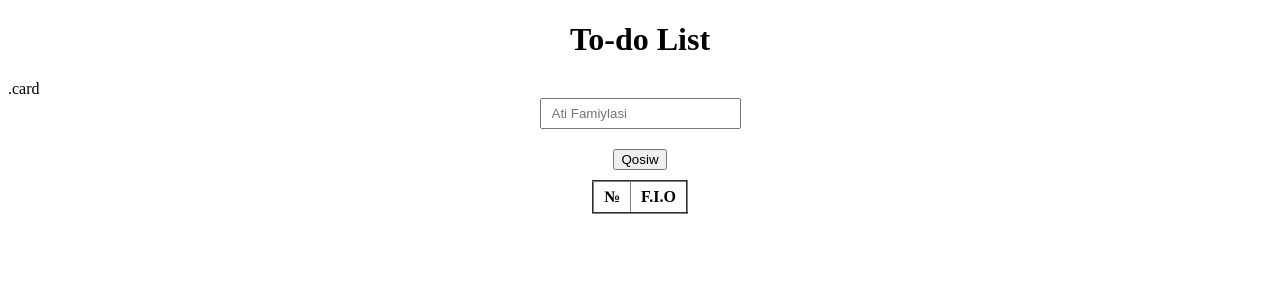
Repository: atamuratov777/my-to-do-list
Page: index.html
The author's editor kept a copy of each file at every save. The page is drawn from the files as they stood at one save, then again after the next save.
The browser window is 1280 px wide. The pictures show the whole page.

Above is the page before, as saved 2026-06-18 13:56:40.

After the next save:
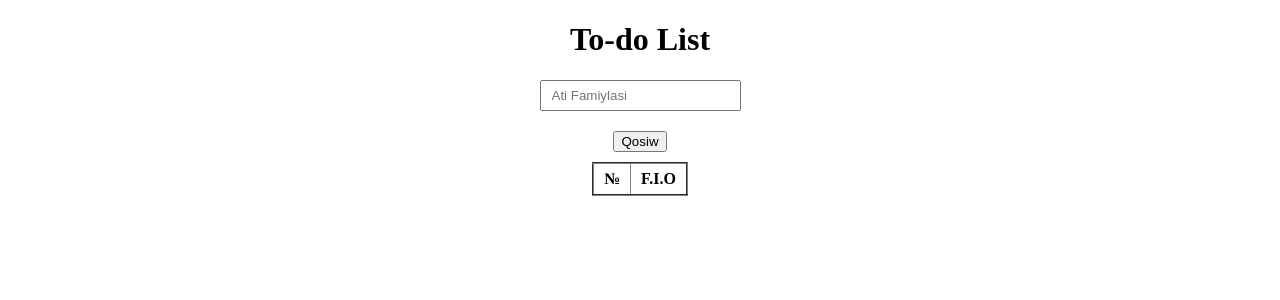
Saved 5 s later.
--- a/index.html
+++ b/index.html
@@ -8,7 +8,7 @@
 </head>
 <body>
     <h1>To-do List</h1>
-    .card
+    <div class="card"></div>
     <div class="forms">
         <input type="text" placeholder="Ati Famiylasi" onchange="namech(event)">
         <button>Qosiw</button>
